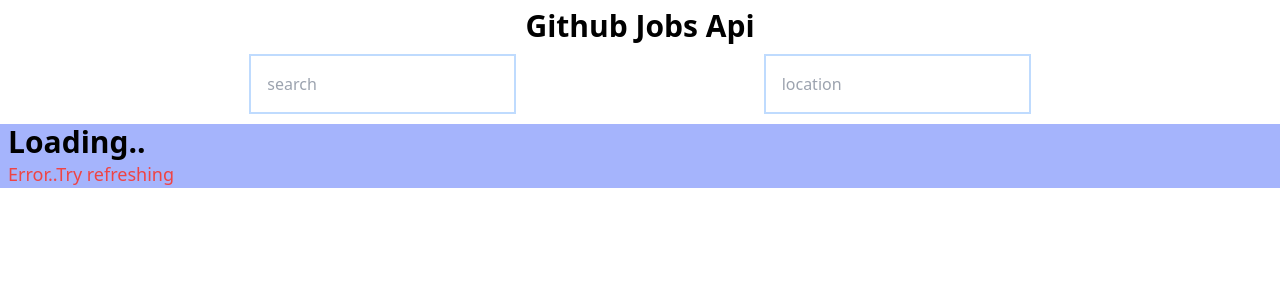
Repository: ShamroOoz/Github-job-api-React-Tailwind
Page: /
The author's editor kept a copy of each file at every save. The page is drawn from the files as they stood at one save, then again after the next save.
The browser window is 1280 px wide. The pictures show the whole page.
The page's requests for data from a server got no answer. The project was rebuilt for these pictures with package versions that can differ from the ones it lists, and the page was loaded fresh each time. No one was signed in, and anything a server would have sent is missing. Also part of the build but not shown: craco.config.js.

Above is the page before, as saved 2021-03-03 14:57:45.

### src/App.js
import { useFetch } from "./components/Hooks/useFetch";
import { useState } from "react";
import SearchForm from "./components/Hooks/SearchForm";

function App() {
  const [params, setparam] = useState({});
  const [page, setpage] = useState(1);
  const { jobs, loading, error } = useFetch(params, page);
  return (
    <>
      <div className="coantainer text-center font-bold pt-2 text-3xl ">
        <h3>Github Jobs Api</h3>
      </div>
      <div>
        <SearchForm />
      </div>
      <div className="px-2 bg-indigo-300">
        {loading && <div className="text-3xl font-bold">Loading..</div>}
        {error && (
          <div className="text-lg text-red-500">Error..Try refreshing</div>
        )}
        <div>
          {jobs &&
            jobs.map((job) => (
              <li className="leading-7 text-xl" key={job.id}>
                {job.title}
              </li>
            ))}
        </div>
      </div>
    </>
  );
}

export default App;

### src/components/Hooks/useFetch.js
import { useReducer, useEffect } from "react";
import axios, { CancelToken } from "axios";
import { reducer } from "./Reduce";

const BASE_URL =
  "https://secret-ocean-49799.herokuapp.com/https://jobs.github.com/positions.json";

const initialState = {
  jobs: [],
  loading: false,
  error: false,
};

export const useFetch = (params, page) => {
  const [state, dispatch] = useReducer(reducer, initialState);

  //useeffect hook to get data
  useEffect(() => {
    const cancelToken = CancelToken.source();
    dispatch({ type: "make_request", payload: "" });
    axios
      .get(BASE_URL, {
        cancelToken: cancelToken.token,
        params: {
          markdown: true,
          page: page,
          ...params,
        },
      })
      .then((res) => {
        dispatch({ type: "get_data", payload: res.data });
        console.log(res.data);
      })
      .catch((err) => {
        if (axios.isCancel(err)) return;
        dispatch({ type: "error", payload: err });
      });
    //clean up
    return () => {
      cancelToken.cancel();
    };
  }, [page, params]);

  return state;
};

### src/components/Hooks/SearchForm.js
import React from "react";

const SearchForm = () => {
  return (
    <div className="py-3 flex justify-evenly">
      <input
        className="p-4 ring-2 ring-blue-200"
        type="text"
        placeholder={`search`}
        name="search"
      />
      <input
        className="p-4 ring-2 ring-blue-200"
        type="text"
        placeholder={`location`}
        name="location"
      />
    </div>
  );
};

export default SearchForm;

### src/components/Hooks/Reduce.js
const ACTIONS = {
  MAKE_REQUEST: "make_request",
  GET_DATA: "get_data",
  ERROR: "error",
};

export const reducer = (state, action) => {
  switch (action.type) {
    case ACTIONS.MAKE_REQUEST:
      return { ...state, loading: true };
    case ACTIONS.GET_DATA:
      return {
        ...state,
        loading: false,
        jobs: action.payload,
      };
    case ACTIONS.ERROR:
      return { ...state, error: true };
    default:
      return state;
  }
};

Loaded but not shown: public/index.html (common file); src/index.js (common file); src/index.css (common file); tailwind.config.js (common file)

After the next save:
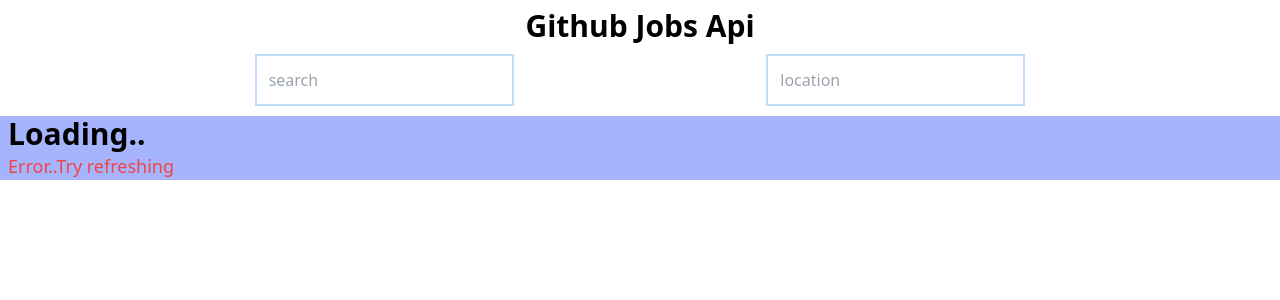
Saved 14 s later.
--- a/src/components/Hooks/SearchForm.js
+++ b/src/components/Hooks/SearchForm.js
@@ -4,13 +4,13 @@
   return (
     <div className="py-3 flex justify-evenly">
       <input
-        className="p-4 ring-2 ring-blue-200"
+        className="p-3 ring-2 ring-blue-200"
         type="text"
         placeholder={`search`}
         name="search"
       />
       <input
-        className="p-4 ring-2 ring-blue-200"
+        className="p-3 ring-2 ring-blue-200"
         type="text"
         placeholder={`location`}
         name="location"
